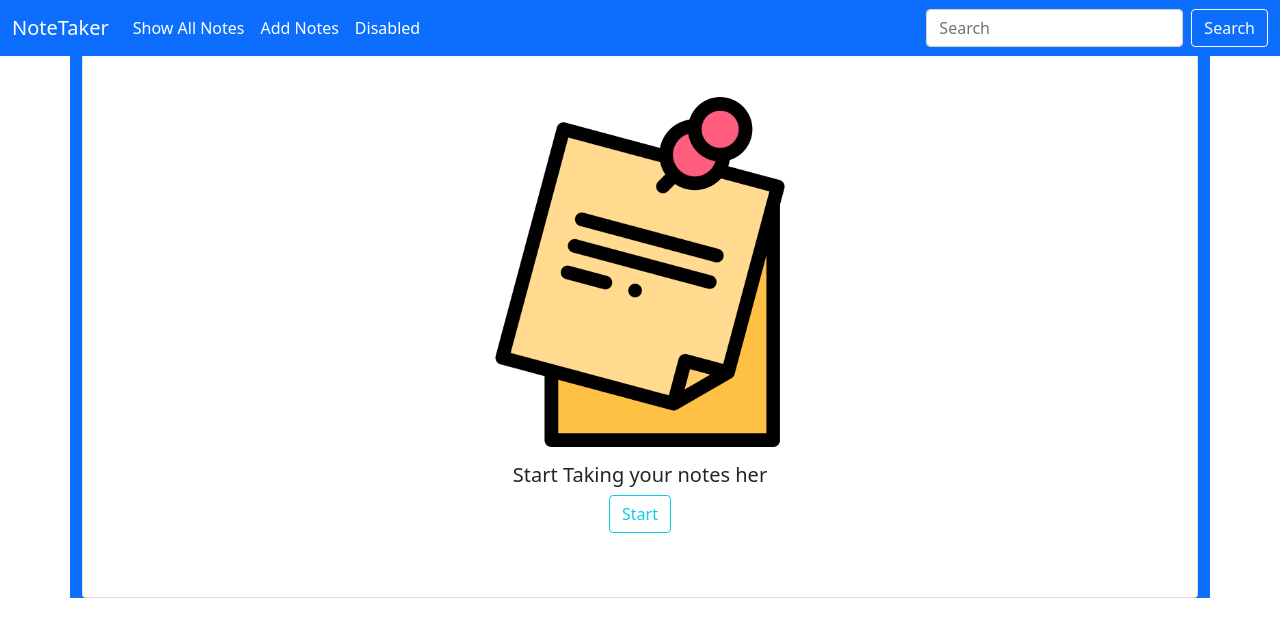
Repository: Shubham-Kumar-cmd/Hibernate
Page: http://localhost/NoteTakerApp/
The author's editor kept a copy of each file at every save. The page is drawn from the files as they stood at one save, then again after the next save.
The browser window is 1280 px wide. The pictures show the whole page.
The page is served by Tomcat 9.

Above is the page before, as saved 2023-02-08 08:46:28.

After the next save:
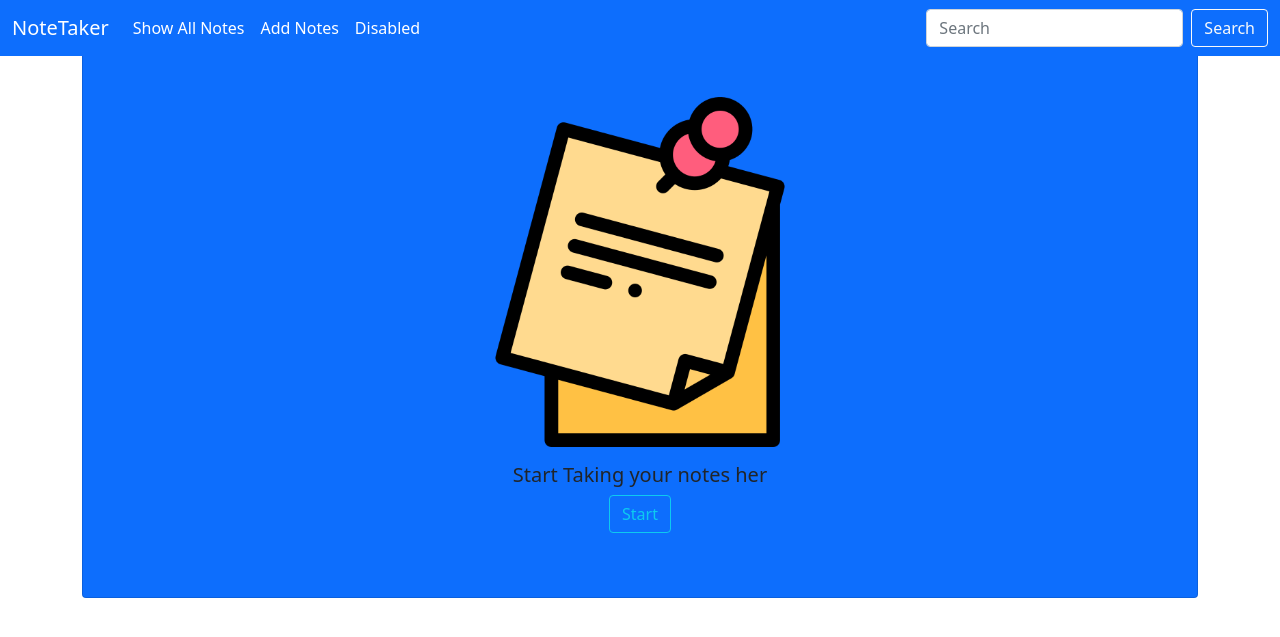
Saved 18 s later.
--- a/NoteTakerApp/src/main/webapp/index.jsp
+++ b/NoteTakerApp/src/main/webapp/index.jsp
@@ -14,8 +14,8 @@
 </head>
 <body>
 
-	<div class="container text-center bg-primary">
-		<div class="card my-5 py-5">
+	<div class="container text-center">
+		<div class="card my-5 py-5 bg-primary">
 		  <img src="img/sticky-notes.png" style="max-width: 350px;" class="img-fluid mx-auto" alt="...">
 		  <div class="card-body">
 		    <h5 class="card-title">Start Taking your notes her</h5>

After the save that followed:
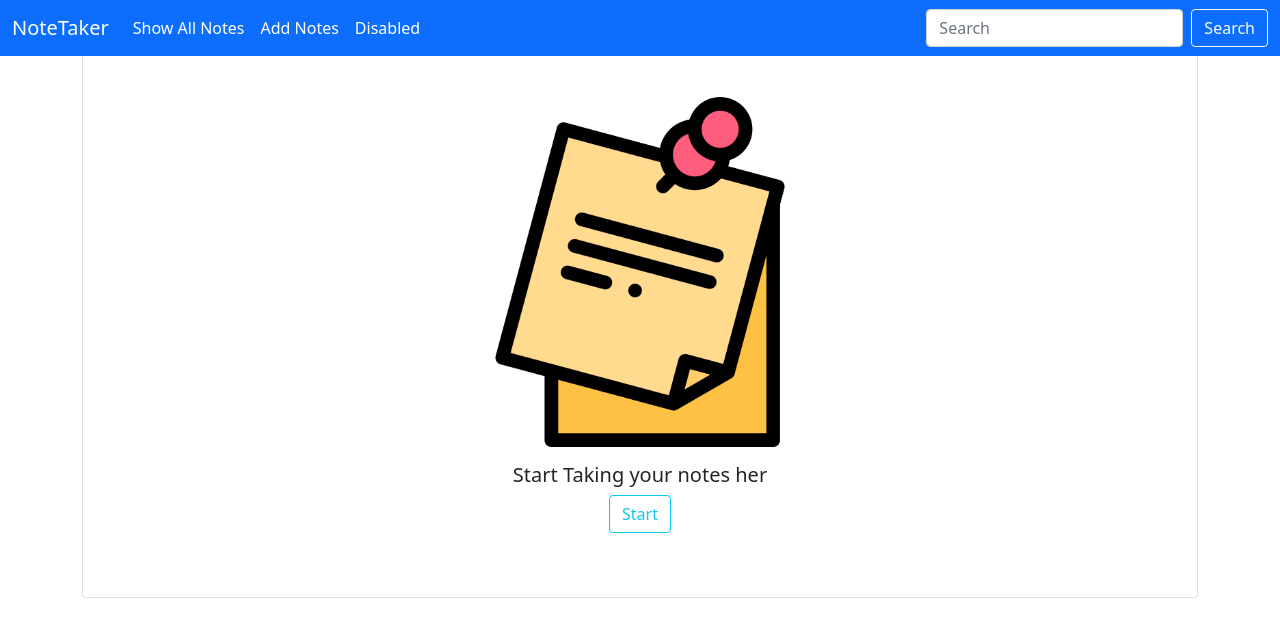
Saved 2 min 14 s later.
--- a/NoteTakerApp/src/main/webapp/index.jsp
+++ b/NoteTakerApp/src/main/webapp/index.jsp
@@ -15,7 +15,7 @@
 <body>
 
 	<div class="container text-center">
-		<div class="card my-5 py-5 bg-primary">
+		<div class="card my-5 py-5 style="color:$blue-200;">
 		  <img src="img/sticky-notes.png" style="max-width: 350px;" class="img-fluid mx-auto" alt="...">
 		  <div class="card-body">
 		    <h5 class="card-title">Start Taking your notes her</h5>
